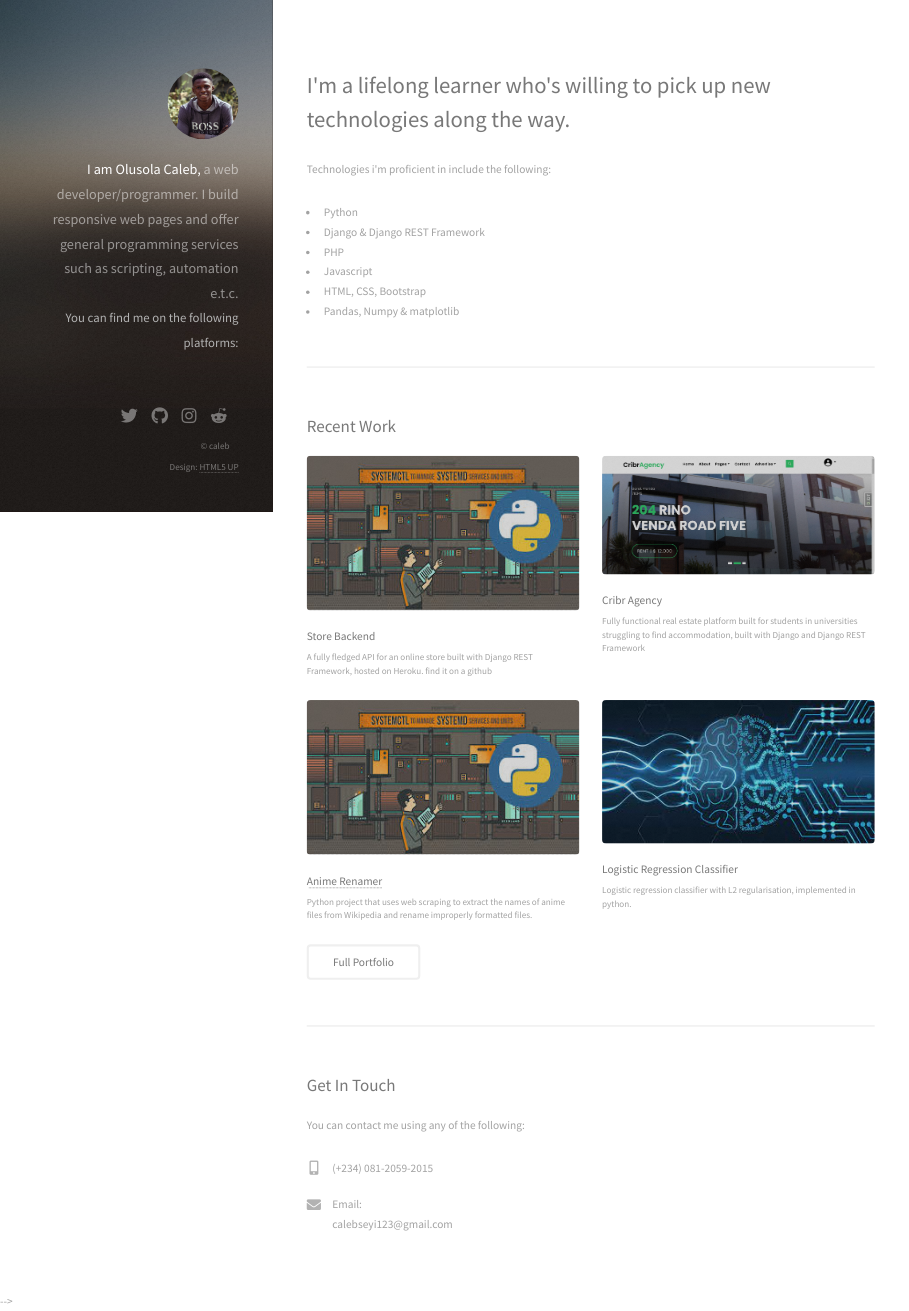
Repository: Caleb40/Caleb40.github.io
Page: index.html
The author's editor kept a copy of each file at every save. The page is drawn from the files as they stood at one save, then again after the next save.
The browser window is 1280 px wide. The pictures show the whole page, at 71% of full size.

Above is the page before, as saved 2022-08-15 16:03:37.

After the next save:
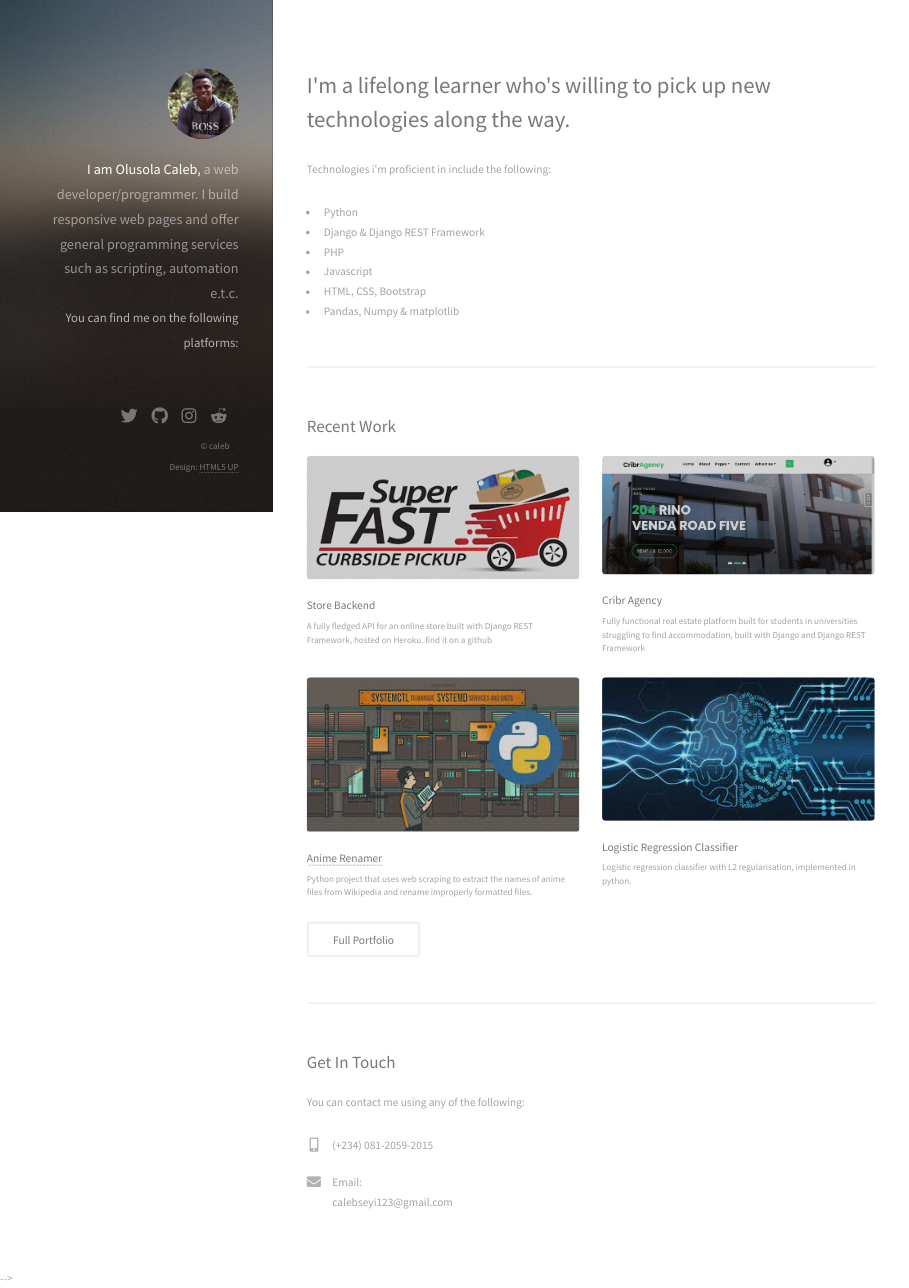
Saved 2 min 38 s later.
--- a/index.html
+++ b/index.html
@@ -52,7 +52,7 @@
 			<div class="row">
 				<article class="col-6 col-12-xsmall work-item">
 					<a href="images/images.jpeg" class="image fit thumb">
-						<img src="images/images.jpeg"alt=""/></a>
+						<img src="images/images.png"alt=""/></a>
 					<h3>Store Backend</h3>
 					<p>A fully fledged API for an online store built with Django REST Framework, hosted on Heroku. find
 						it on a github</p>
